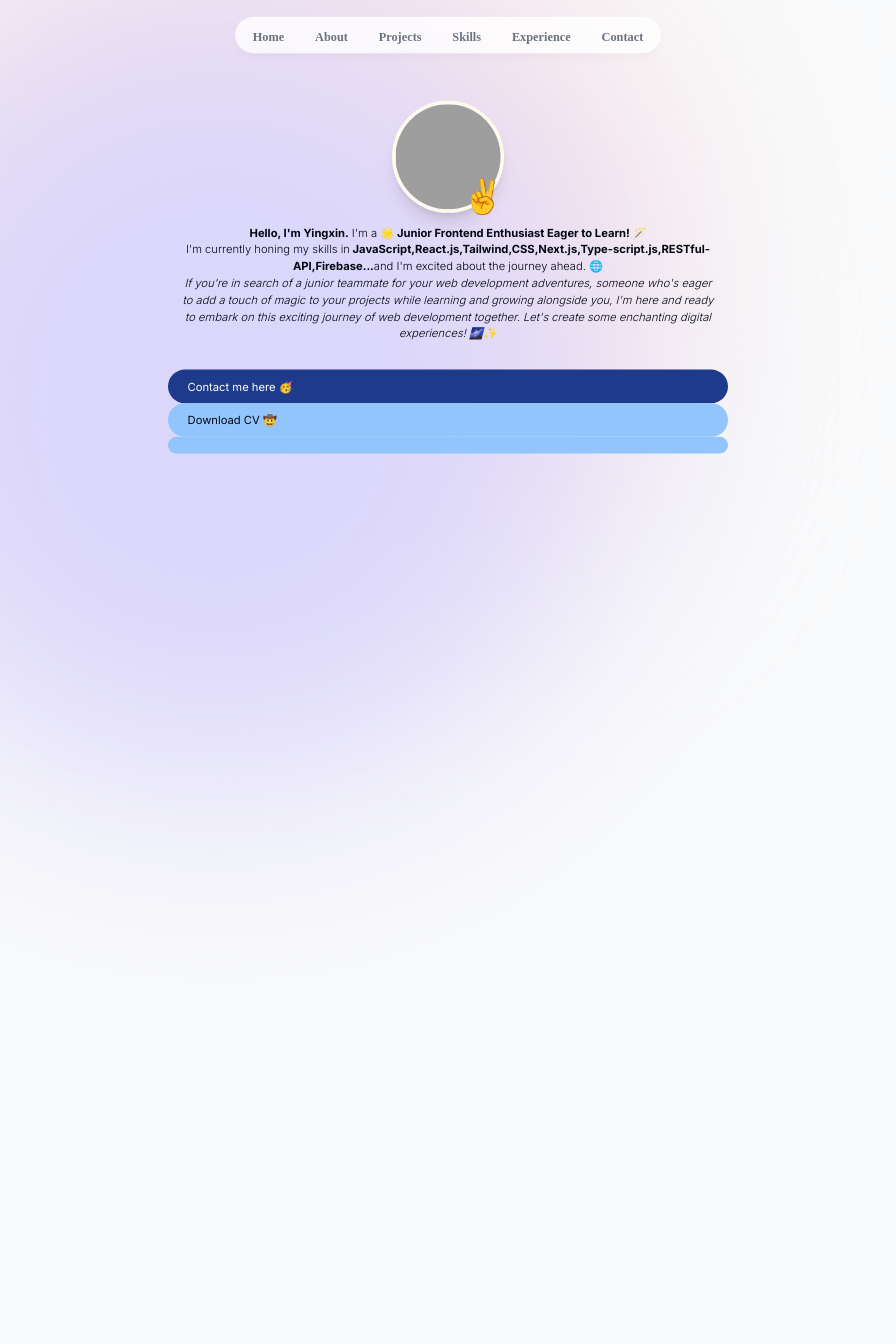
Repository: Tracy-maker/portfolio_website
Page: /
An editor plug-in stored every save of this project. The page is shown before and after a run of saves, followed by the edit.
The browser window is 1280 px wide. The pictures show the part of the page from y = 0 to 1920 px (the page is 5000 px tall), at 70% of full size.
Pictures or frames that could not be fetched are drawn as grey boxes. The project was rebuilt for these pictures with package versions that can differ from the ones it lists, and the page was loaded fresh each time. The framework's server and built-in components were replaced by stand-ins that run in the browser. Also part of the build but not shown: next.config.js.

Above is the page before, as saved 2023-10-06 11:24:20.

After the next 4 saves:
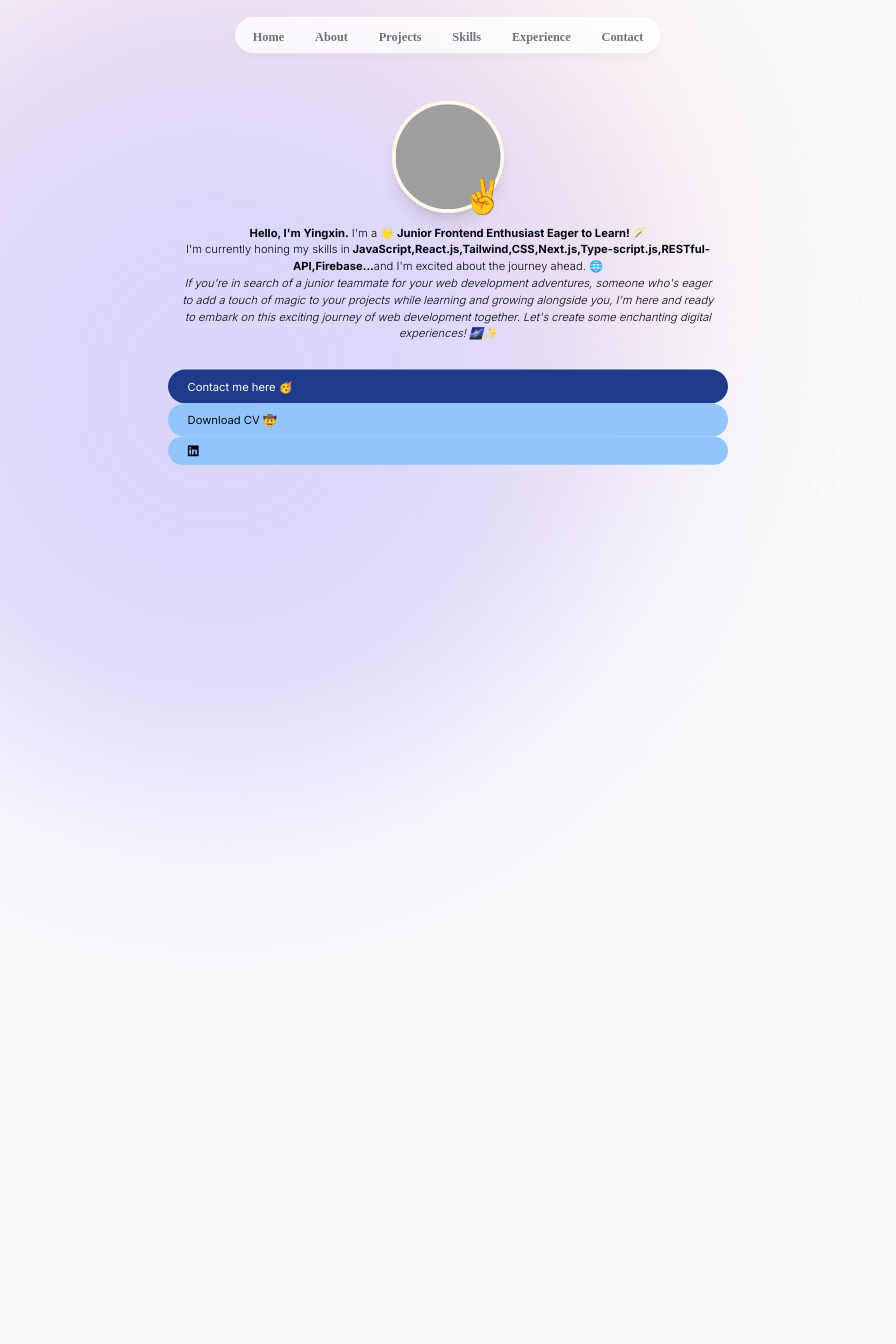
The 4 saves are shown as one change because 2 did not build or start and some came seconds apart.
The last was saved 2 min 38 s later.
--- a/components/intro.tsx
+++ b/components/intro.tsx
@@ -4,6 +4,7 @@ import Image from "next/image";
 import React from "react";
 import { motion } from "framer-motion";
 import Link from "next/link";
+import { BsLinkedin } from "react-icons/bs";
 
 export default function Intro() {
   return (
@@ -80,7 +81,9 @@ export default function Intro() {
         <a className="bg-blue-300 px-7 py-3 flex items-center gap-2 rounded-full">
           Download CV 🤠
         </a>
-        <a className="bg-blue-300 px-7 py-3 flex items-center gap-2 rounded-full"></a>
+        <a className="bg-blue-300 px-7 py-3 flex items-center gap-2 rounded-full">
+          <BsLinkedin />
+        </a>
       </div>
     </section>
   );
